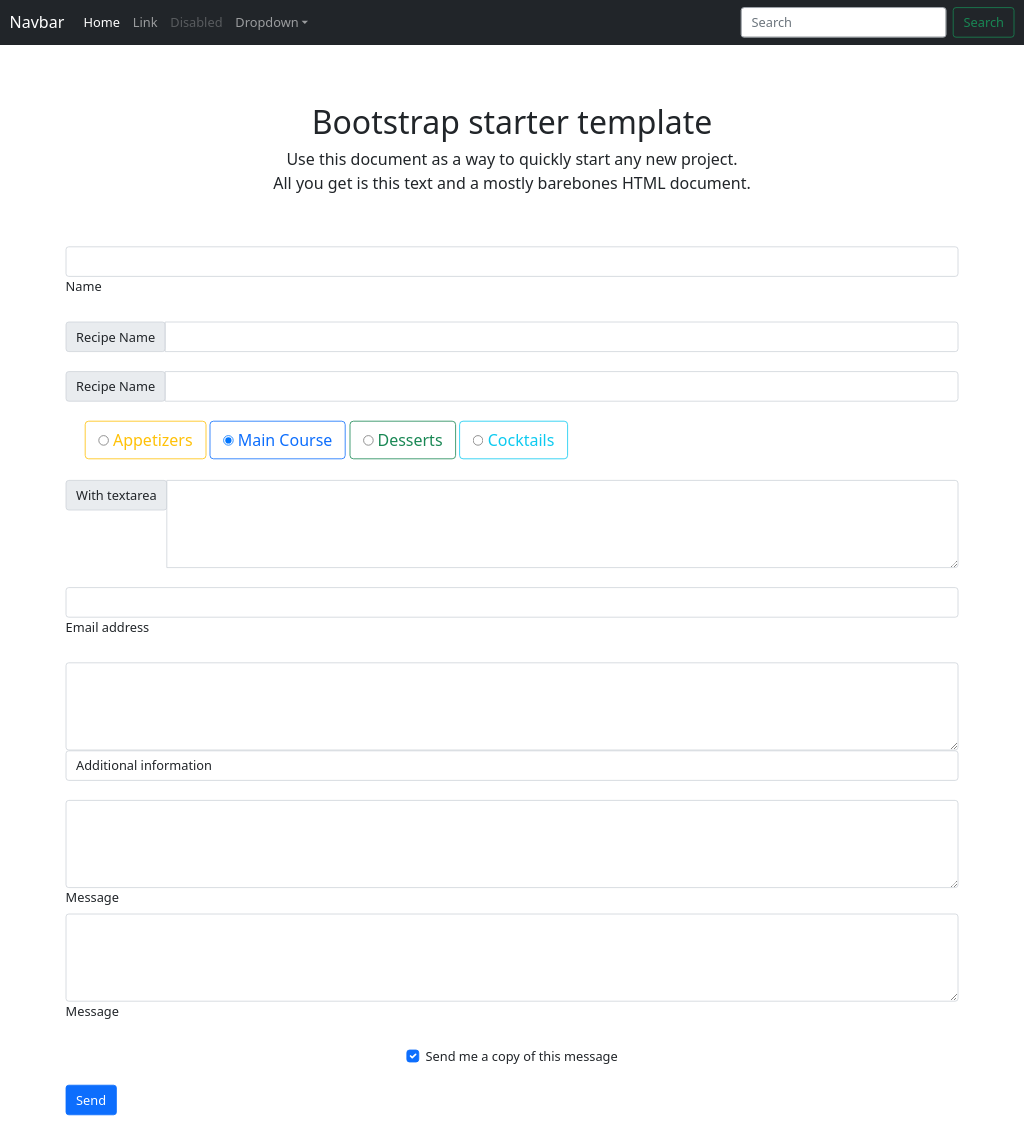
Repository: jerrywthompson/createRecipeWebpageHTML
Page: index.html
An editor plug-in stored every save of this project. The page is shown before and after the next save, followed by the edit.
The browser window is 1280 px wide. The pictures show the whole page, at 80% of full size.

Above is the page before, as saved 2021-02-23 21:59:59.

After the next save:
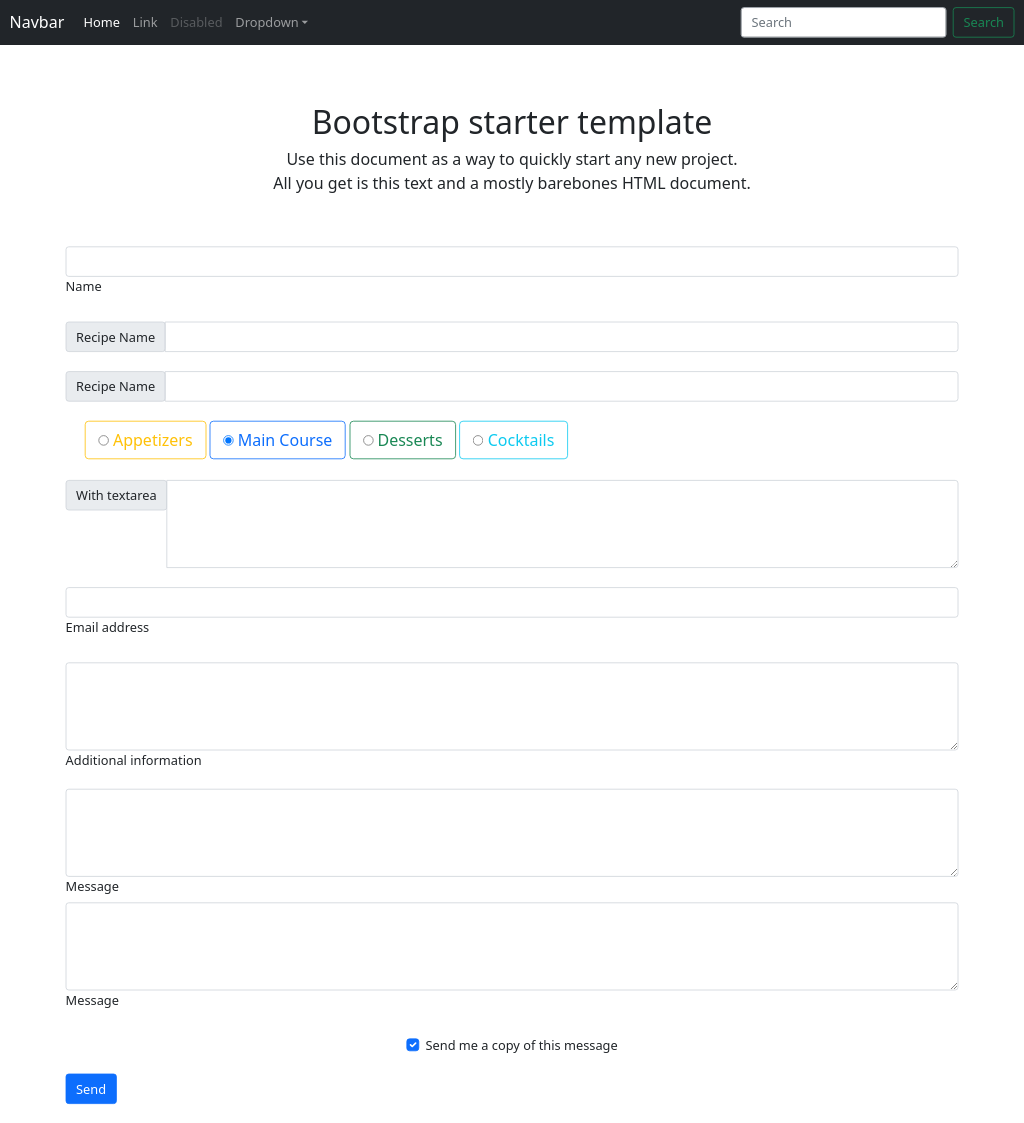
Saved 70 s later.
--- a/index.html
+++ b/index.html
@@ -134,7 +134,7 @@
 
                         <div class="form-outline mb-4">
                             <textarea class="form-control" id="form6Example7" rows="4"></textarea>
-                            <label class="form-control" >Additional information</label>
+                            <label class="form-label-prepend" >Additional information</label>
                         </div>
 
                         <div class="form-outline">
